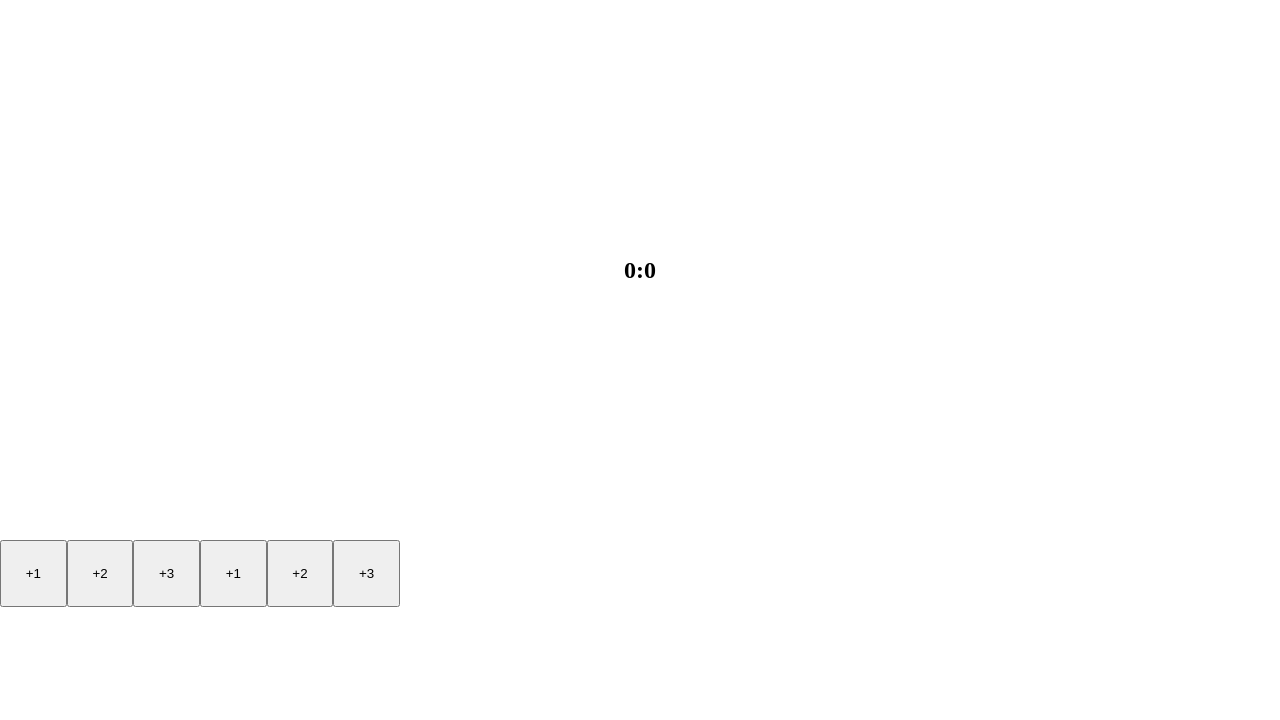
Repository: bollo89/scoreBoard
Page: index.html
These files come from the project's save history. The page is drawn as it stood at one moment and after the next save; the edit follows.
The browser window is 1280 px wide. The pictures show the whole page.

Above is the page before, as saved 2022-01-21 11:56:59.

### index.html
<!DOCTYPE html>
<html lang="en">
<head>
    <meta charset="UTF-8">
    <meta http-equiv="X-UA-Compatible" content="IE=edge">
    <meta name="viewport" content="width=device-width, initial-scale=1.0">
    <link rel="stylesheet" href="./style.css">
    <title>Document</title>
</head>
<body>
    <section class="score">
        <h1 class="home"></h1>
        <h1 class="colon">:</h1>
        <h1 class="away"></h1>
    </section>
    <section class="btns">
        <div><button class="btn1h">+1</button></div>
        <div><button class="btn2h">+2</button></div>
        <div><button class="btn3h">+3</button></div>

        <div></div><button class="btn1a">+1</button></div>
        <div></div><button class="btn2a">+2</button></div>
        <div></div><button class="btn3a">+3</button></div>
    </section>
<script src="./script.js"></script>
</body>
</html>

### style.css
* {
    margin: 0;
    padding: 0;
}
body {
     height: 100vh;
     width: 100vw;
}
.score {
    height: 75vh;
    display: flex;
    align-items: center;
    justify-content: center;
}
.btns {
    height: 25vh;
    width: 100vw;
    display: flex;
    flex-direction: row;
}
.btn1h , .btn2h , .btn3h {
    height: 5em;
    width: 5em;

    align-items: flex-start;
    justify-content: flex-start;
}
.btn1a , .btn2a , .btn3a {
    height: 5em;
    width: 5em;

    align-items: flex-end;
    justify-content: flex-end;
}

### script.js
let home = document.querySelector('.home');
let n = 0;
home.innerHTML = n;

let away = document.querySelector('.away');
let m = 0;
away.innerHTML = m;

let btn1h = document.querySelector('.btn1h');
let btn2h = document.querySelector('.btn2h');
let btn3h = document.querySelector('.btn3h');
let btn1a = document.querySelector('.btn1a');
let btn2a = document.querySelector('.btn2a');
let btn3a = document.querySelector('.btn3a');
//punkty po lewej
function score1home() {
    n+=1;
    home.innerHTML = n;
    console.log(n);
}
function score2home() {
    n+=2;
    home.innerHTML = n;
    console.log(n);
}
function score3home() {
    n+=3;
    home.innerHTML = n;
    console.log(n);
}
//punkty po prawej
function score1away() {
    m+=1;
    away.innerHTML = m;
    console.log(m);
}
function score2away() {
    m+=2;
    away.innerHTML = m;
    console.log(m);
}
function score3away() {
    m+=3;
    away.innerHTML = m;
    console.log(m);
}

//przyciskibtn1.addEventListener('click',score1home,false);
btn1h.addEventListener('click',score1home,false);
btn2h.addEventListener('click',score2home,false);
btn3h.addEventListener('click',score3home,false);
btn1a.addEventListener('click',score1away,false);
btn2a.addEventListener('click',score2away,false);
btn3a.addEventListener('click',score3away,false);

After the next save:
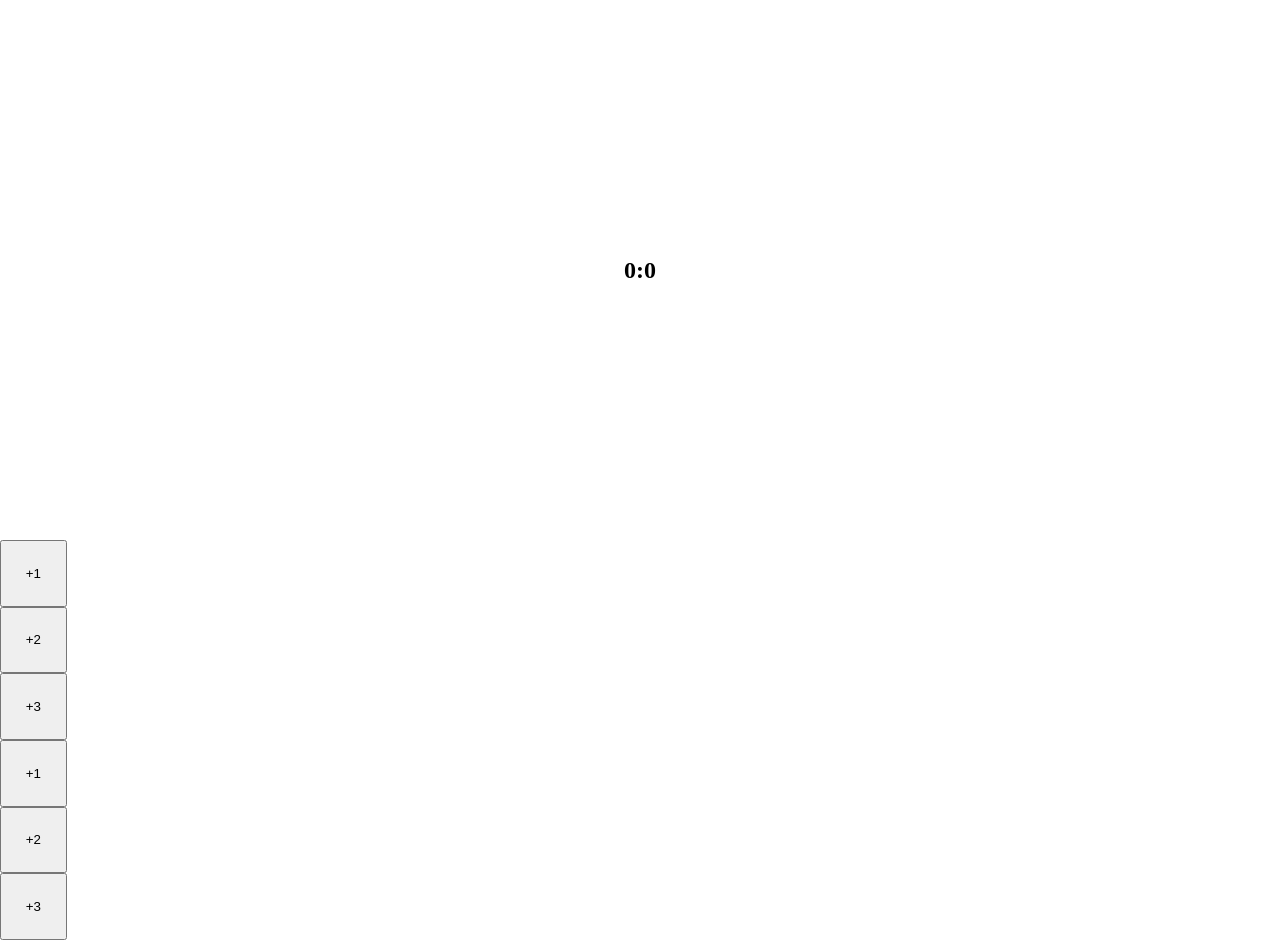
Saved 77 s later.
--- a/style.css
+++ b/style.css
@@ -12,11 +12,11 @@
     align-items: center;
     justify-content: center;
 }
-.btns {
+.btnsH {
     height: 25vh;
-    width: 100vw;
+    width: 50vw;
     display: flex;
-    flex-direction: row;
+    flex-direction: column;
 }
 .btn1h , .btn2h , .btn3h {
     height: 5em;

After the 4 saves that followed:
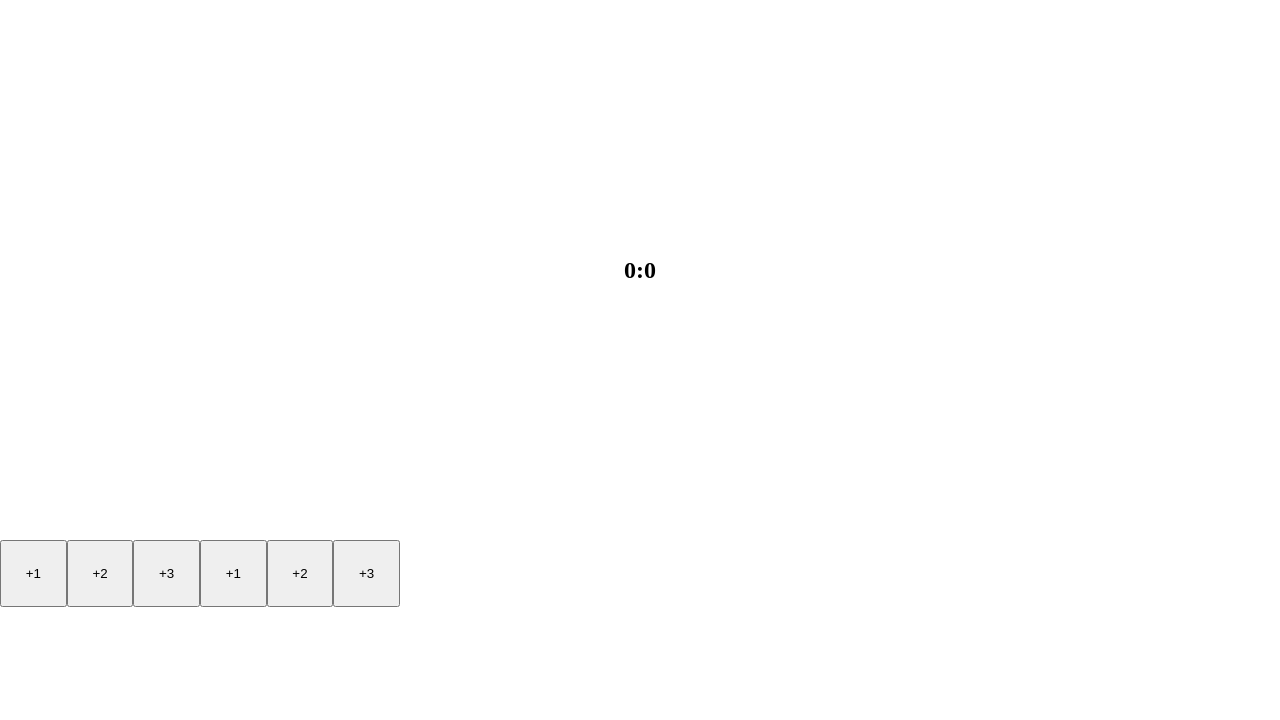
The 4 saves are shown as one change because 3 left the picture as it was.
The last was saved 2 min 36 s later.
--- a/style.css
+++ b/style.css
@@ -12,9 +12,18 @@
     align-items: center;
     justify-content: center;
 }
+
+.btns {
+    height: 25vh;
+    width: 100vw;
+    display: flex;
+}
 .btnsH {
-    height: 25vh;
-    width: 50vw;
+    display: flex;
+    flex-direction: column;
+}
+.btnsH {
+
     display: flex;
     flex-direction: column;
 }
